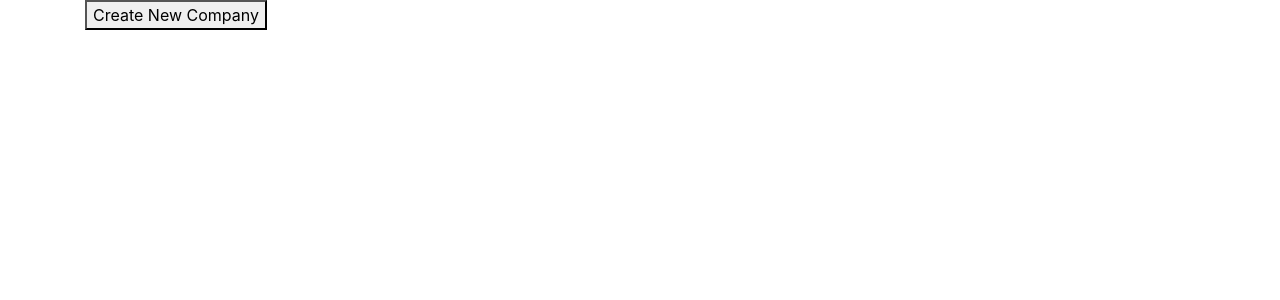
Repository: motiejus1/16-paskaita-PHP-05.31
Page: http://localhost/companies.php
The author's editor kept a copy of each file at every save. The page is drawn from the files as they stood at one save, then again after the next save.
The browser window is 1280 px wide. The pictures show the whole page.
Some web libraries are served in a nearby version. The page is run by PHP 8.4 with error messages shown; the project is at /var/www/html/. Queries for data that is not in the repository find no rows.

Above is the page before, as saved 2021-09-09 18:57:08.

After the next save:
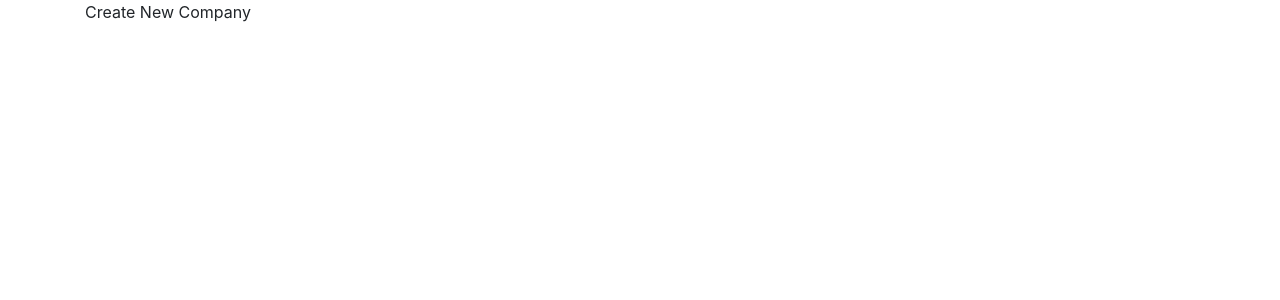
Console error: TypeError: Cannot read properties of null (reading 'addEventListener')
Saved 2 min 33 s later.
--- a/companies.php
+++ b/companies.php
@@ -18,6 +18,9 @@
         //sukurti mygtuka, kuris iskleistu imoniu pridejimo forma ir ta forma naudodama AJAX pridetu nauja imone
         //bei ja parodytu lenteleje
         ?>
+
+
+        <div id=""
 
         <button id="company_create">Create New Company</button>
 

After the 4 saves that followed:
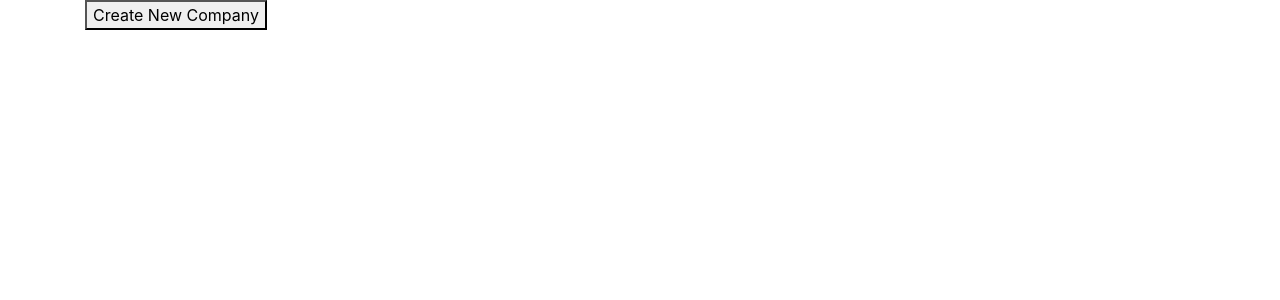
The error is gone.
The 4 saves are shown as one change because they came seconds apart.
The last was saved 13 s later.
--- a/companies.php
+++ b/companies.php
@@ -20,7 +20,9 @@
         ?>
 
 
-        <div id=""
+        <div id="alert-space">
+
+        </div>
 
         <button id="company_create">Create New Company</button>
 
